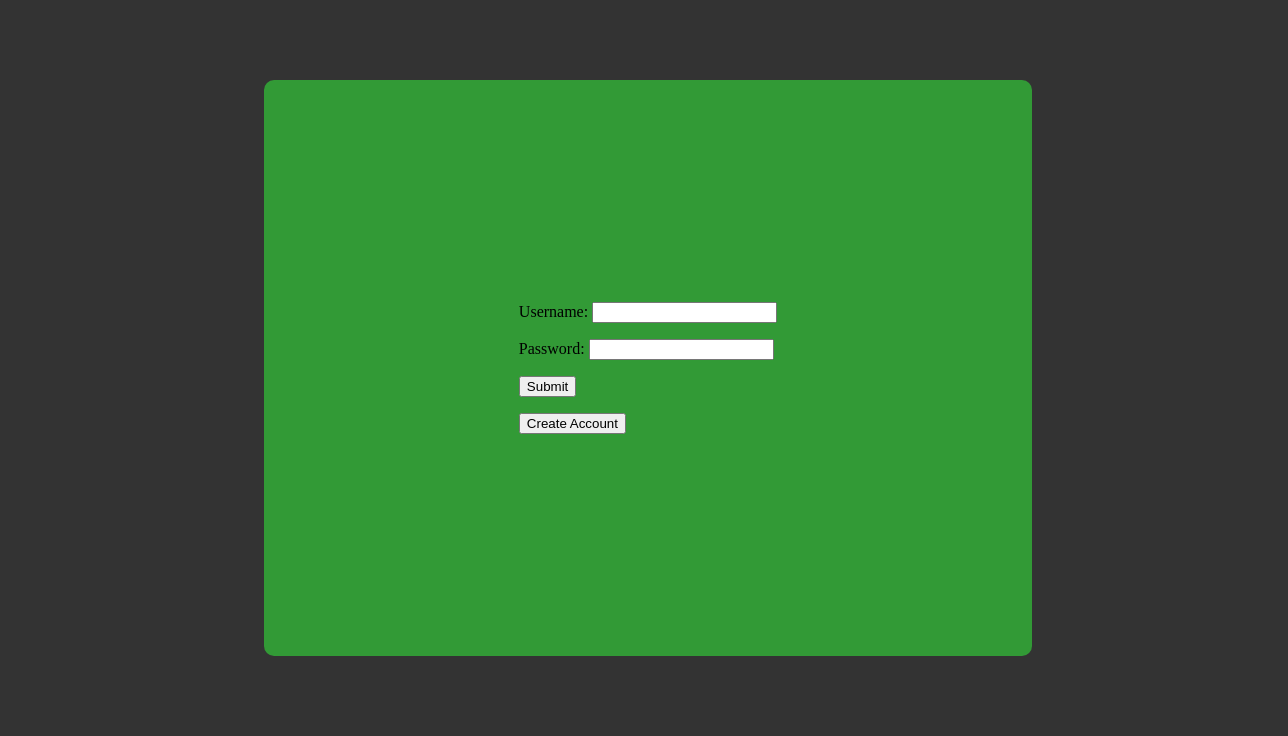
Repository: Jtho28/4830-group-project
Page: Esports-webproj/src/main/webapp/WEB-INF/Login.html
The author's editor kept a copy of each file at every save. The page is drawn from the files as they stood at one save, then again after the next save.
The browser window is 1280 px wide. The page is 1288 px wide, so the pictures cover 1288 px, including what lies to the right of the window. The pictures show the whole page.

Above is the page before, as saved 2022-11-16 21:04:15.

### Esports-webproj/src/main/webapp/WEB-INF/Login.html
<!DOCTYPE html>
<html>
<head>
<meta charset="UTF-8">
<title>Login</title>
<link rel="stylesheet" href="login.css">
</head>
<body>
<div class="login">
<form action="Login" method="post">
<p>Username: <input type="text" name="username" /></p>
<p>Password: <input type="password" name="password" /></p>
<p><input type="submit" /></p>
<p><button type="button">
Create Account
</button>
</form>
</div>
</body>
</html>

### Esports-webproj/src/main/webapp/WEB-INF/login.css
@charset "UTF-8";

body {
	display: flex;
	align-items: center;
	justify-content: center;
	height: 100vh;
	width: 100vw;
	background: rgba(0,0,0, .8);

}

.login {
	height: 80vh;
	width: 60vw;
	display: flex;
	align-items: center;
	justify-content: center;

	border-radius: 10px;
	background: rgba(50, 181, 55, .8);
	transition: ease all 0.5s;
	box-shadow: 0 2px px 2px rgba(0,0,0, .7)
}
.login:hover {
	background: rgba(50, 181, 55, .5);
}

h1 {
	color: yellow;
	margin-left: 20px;
}

After the next save:
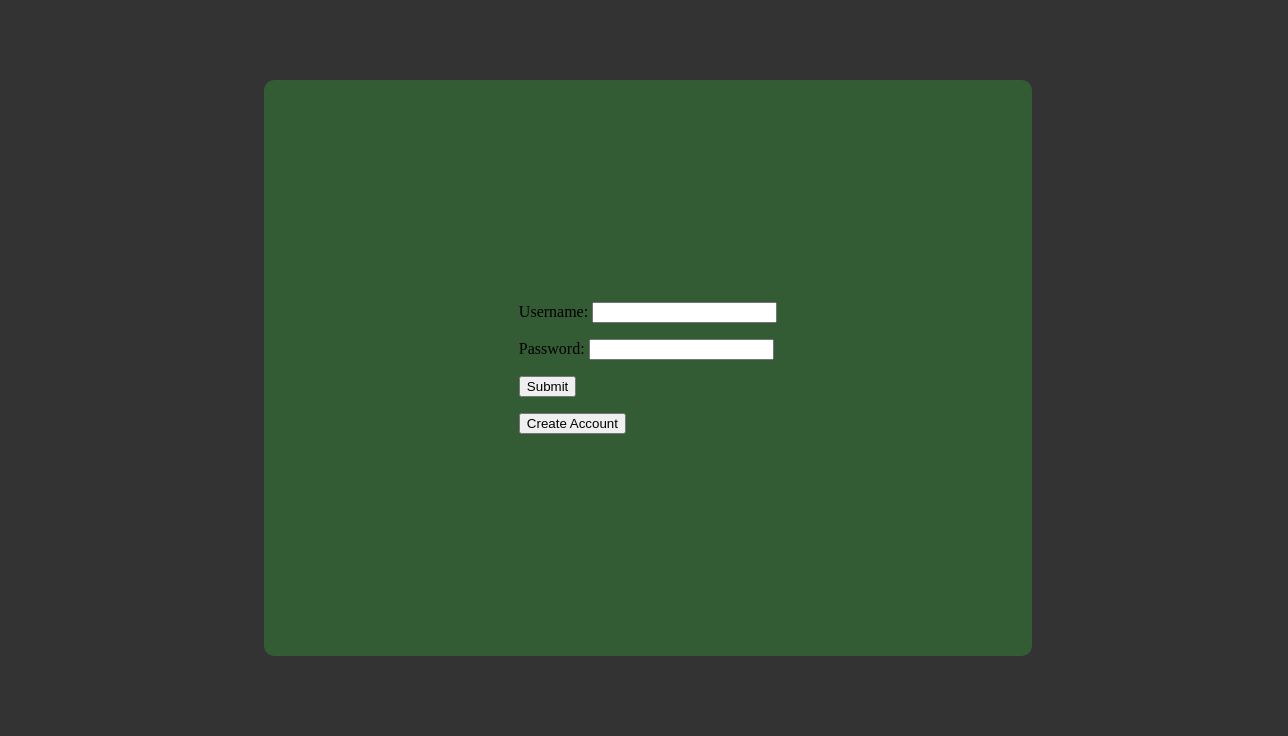
Saved 12 s later.
--- a/Esports-webproj/src/main/webapp/WEB-INF/login.css
+++ b/Esports-webproj/src/main/webapp/WEB-INF/login.css
@@ -18,7 +18,7 @@ body {
 	justify-content: center;
 
 	border-radius: 10px;
-	background: rgba(50, 181, 55, .8);
+	background: rgba(50, 181, 55, .3);
 	transition: ease all 0.5s;
 	box-shadow: 0 2px px 2px rgba(0,0,0, .7)
 }
